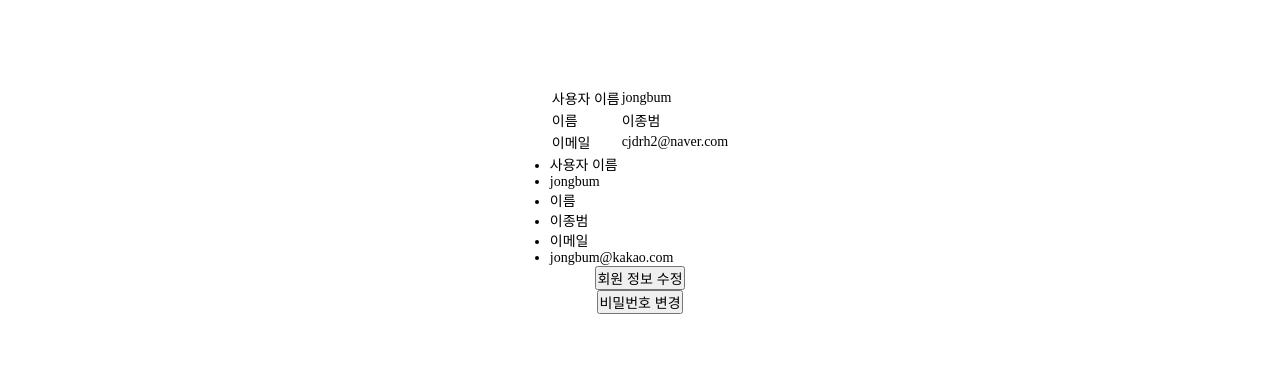
Repository: LEEJONGBUM2/JSP-back-end-
Page: http://localhost/JspStudy_4268/WEB-INF/views/profile/mypage.jsp
These files come from the project's save history. The page is drawn as it stood at one moment and after the next save; the edit follows.
The browser window is 1280 px wide. The pictures show the whole page.
The page is served by Tomcat 9. Nobody is signed in. The template is opened directly, without the code that normally fills it, so the values that code supplies are empty.

Above is the page before, as saved 2022-04-13 01:21:52.

After the next save:
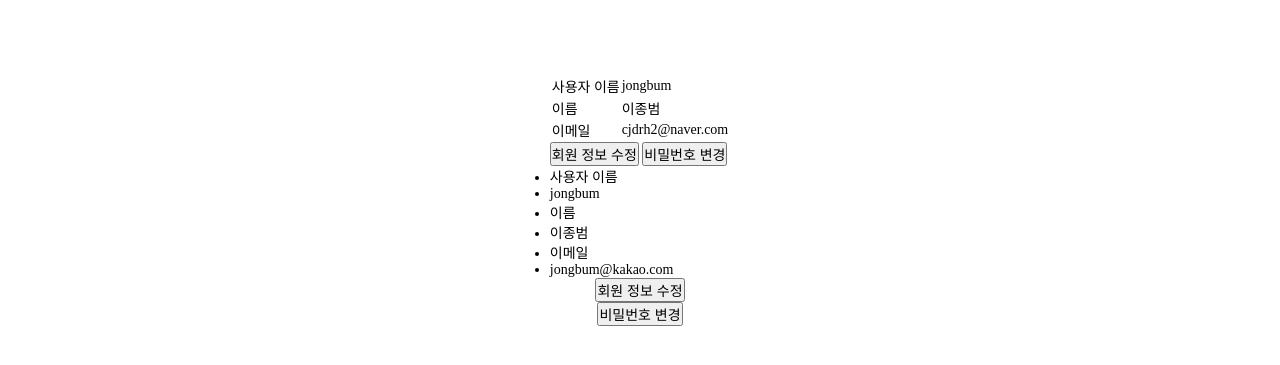
Saved 41 s later.
--- a/JspStudy_4268/src/main/webapp/WEB-INF/views/profile/mypage.jsp
+++ b/JspStudy_4268/src/main/webapp/WEB-INF/views/profile/mypage.jsp
@@ -25,6 +25,10 @@
 				</tr>
 
 			</table>
+			<div>
+				<button type="button">회원 정보 수정</button>
+				<button type="button">비밀번호 변경</button>
+			</div>
 
 			<ul>
 				<li>사용자 이름</li>
